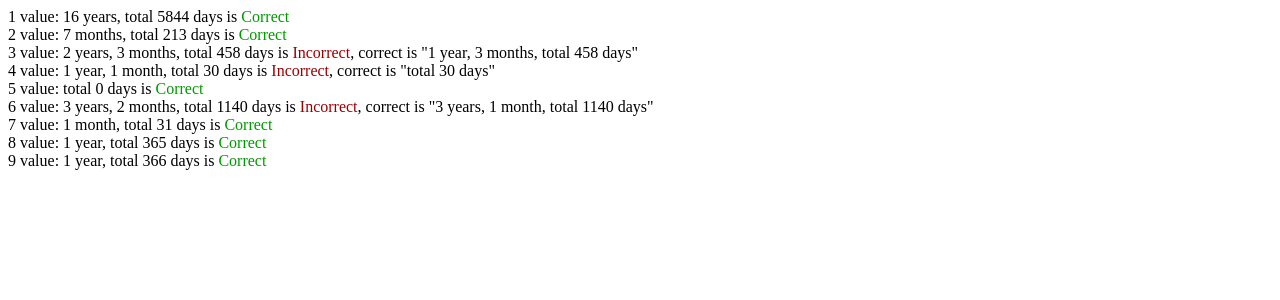
Repository: jamieking1996/tech-assessment-int
Page: index.html
An editor plug-in stored every save of this project. The page is shown before and after the next save, followed by the edit.
The browser window is 1280 px wide. The pictures show the whole page.

Above is the page before, as saved 2021-08-10 17:09:58.

After the next save:
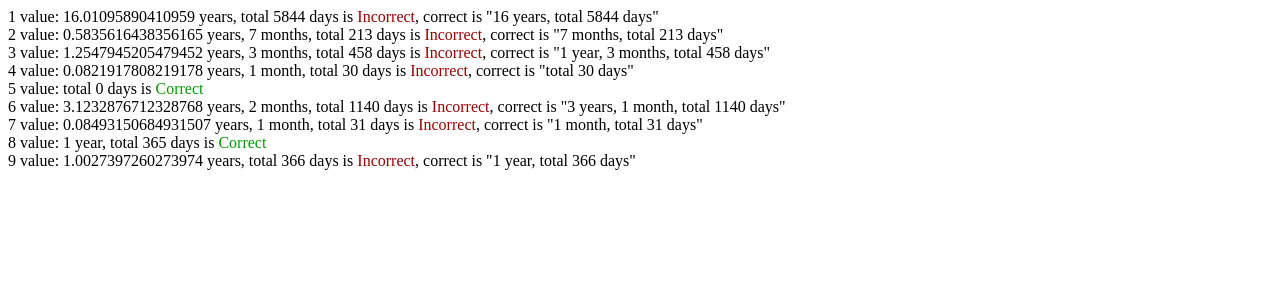
Saved 16 h 46 min later.
--- a/main.js
+++ b/main.js
@@ -68,7 +68,7 @@ function totalDayDiff(d1, d2) {
 }
 
 function yearDiff(d1, d2) {
-  const years = d2.getFullYear() - d1.getFullYear();
+  const years = (d2.getTime() - d1.getTime()) / (1000*60*60*24*365);
   return years > 0 ? `${years} ${pluralise(years, 'year')},` : false;
 }
 
